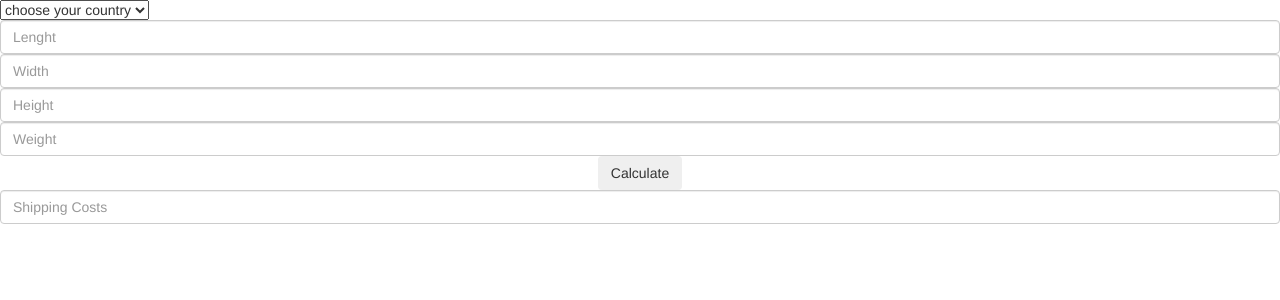
Repository: PeterdeWolff/shipment-cost-calculator
Page: index.html
The author's editor kept a record of every edit. The page is drawn from the files as they stood at one moment, then again after the next edit.
The browser window is 1280 px wide. The pictures show the whole page.
Some web libraries are served in a nearby version.

Above is the page before.
Console error: SyntaxError: Unexpected end of input

### index.html
<!DOCTYPE html>
<html>
    <head>
        <title>shipping_cost-calculator</title>
            <meta name="viewport" content="width=device-width, initial-scale-1">
            <link rel="stylesheet" href="https://maxcdn.bootstrapcdn.com/bootstrap/3.3.7/css/bootstrap.min.css" type="text/css" />
            <link rel="stylesheet" href="https://maxcdn.bootstrapcdn.com/font-awesome/4.7.0/css/font-awesome.min.css" type="text/css" />
            <link rel="stylesheet" href="https://cdnjs.cloudflare.com/ajax/libs/hover.css/2.1.1/css/hover-min.css" type="text/css" />

            <link rel="stylesheet" href="assets/css/style.css" type="text/css" />
            <link rel="stylesheet" href="static/css/dc.min.css" type="text/css" />

            <script src="https://ajax.googleapis.com/ajax/libs/jquery/3.4.1/jquery.min.js"></script>

            <script type="text/javascript" src="static/js/d3.min.js"></script>
            <script type="text/javascript" src="static/js/crossfilter.min.js"></script>
            <script type="text/javascript" src="static/js/dc.min.js"></script>
            <script type="text/javascript" src="static/js/queue.min.js"></script>

    </head>
    <body>
        <div class="form">

                    <select id ="countries-dropdown"  name ="countries">
                        <option selected = "true" disabled >choose your country</option>
                    </select>

                    <input type="integer" name="lenght" class="form-control" id="lenght" placeholder="Lenght" required/>
                    <input type="integer" name="width" class="form-control" id="width" placeholder="Width" required/>
                    <input type="integer" name="height" class="form-control" id="height" placeholder="Height" required/>
                    <input type="text" name="weight" class="form-control" id="weight" placeholder="Weight" required/>

                    <button onclick="calculate()" class="btn btn-secondary center-block">Calculate</button>

                    <input name="shipping costs" class="form-control" id="shipping_costs" placeholder="Shipping Costs" />


            </div>
        <script type = "text/javascript" src = "./assets/static/js/main.js"></script>
    </body>
</html>

### assets/css/style.css

/* scroll down menu countries */

.vertical-menu {
  width: 200px;
  height: 150px;
  overflow-y: auto;
}

.vertical-menu a {
  background-color: #eee;
  color: black;
  display: block;
  padding: 12px;
  text-decoration: none;
}

.vertical-menu a:hover {
  background-color: #ccc;
}

.vertical-menu a.active {
  background-color: #4CAF50;
  color: white;
}

### assets/static/js/main.js
let dropdown = $('#countries-dropdown');

dropdown.empty();

dropdown.append('<option selected="true" disabled>Choose your country</option>');
dropdown.prop('selectedIndex', 0);

const url = 'assets/static/data/countries.json';

// Populate dropdown with the countries and zones
$.getJSON(url, function (data) {
    $.each(data, function (key, entry) {
        dropdown.append($('<option></option>').attr('value', entry.zone).text(entry.country));
    });
});
var costData = {};

$.getJSON("assets/static/data/csvjson.json", function (cost){
    costData = cost;
}, function(succes) {});

var dimension;
var calculatedWeight;

function calculate(){

   var lenght = parseInt($("#lenght").val());
    var width = parseInt($("#width").val());
    var height = parseInt($("#height").val());
    var weight = Math.ceil(parseInt($("#weight").val()));
    var country = $("#countries-dropdown").val();
    var volume_weight = Math.ceil((lenght * width * height) /5000);


        if (volume_weight > weight) {
            calcWeight(volume_weight, country);


        } else {
           calcWeight(weight, country)

        }
}

function clearAll () {
    $("#lenght").val("");
    $("#width").val("");
    $("#height").val("");
    $("#weight").val("");
    $("#countries-dropdown").val("Choose your country");
    $('#shipping_costs').val("");

}


function CalcDimension (l,w,h) {
    if (l > w && l > h){dimension = 2*w + 2*h + l;
    }
    else if (l < w && l > h) {dimension = 2*l + 2*h + w;
    }
    else if (w > l && l < h) {dimension = 2*l +2*w + h;
    }

    if (dimension > 400){alert ("dimension is too big");
    return


}

function calcWeight (w, c) {
    if (w <= 10) {
        calculatedWeight = w;
    }
    else if (w > 10 && w <= 50) {
        calculatedWeight = 2*(Math.round(w) /2);
    }
    else if (w > 50 && w <= 70) {
        calculatedWeight = 5*(Math.round(w) /5);
    } else {
       alert("Weight is over 70kg");
       return
    }


          var d = costData[calculatedWeight];
          var cost = d[c];
          $('#shipping_costs').val(cost);

}



//if (volume_weight > weight) {weight = volume weight};

Loaded but not shown: assets/css/dc.min.css (library); assets/static/js/d3.min.js (library); assets/static/js/crossfilter.min.js (library); assets/static/js/dc.min.js (library); assets/static/js/queue.min.js (common file)

After the next edit:
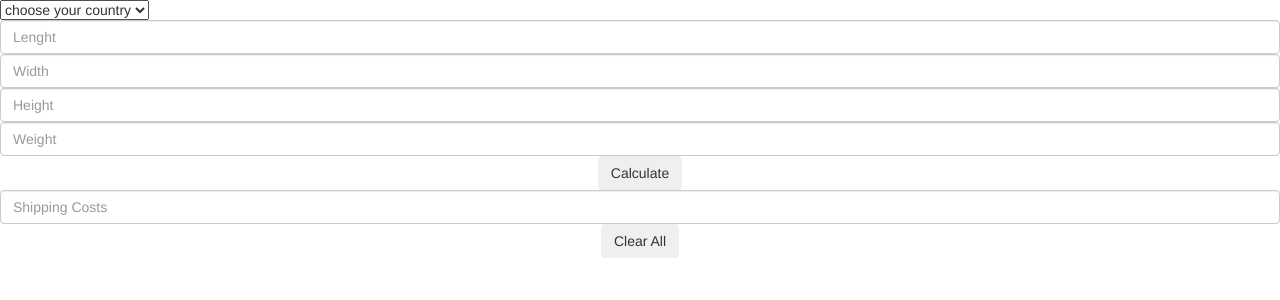
The edit:
--- a/index.html
+++ b/index.html
@@ -33,7 +33,7 @@
                     <button onclick="calculate()" class="btn btn-secondary center-block">Calculate</button>
 
                     <input name="shipping costs" class="form-control" id="shipping_costs" placeholder="Shipping Costs" />
-
+                    <button onclick="clearAll()" class="btn btn-secondary center-block">Clear All</button>
 
             </div>
         <script type = "text/javascript" src = "./assets/static/js/main.js"></script>
